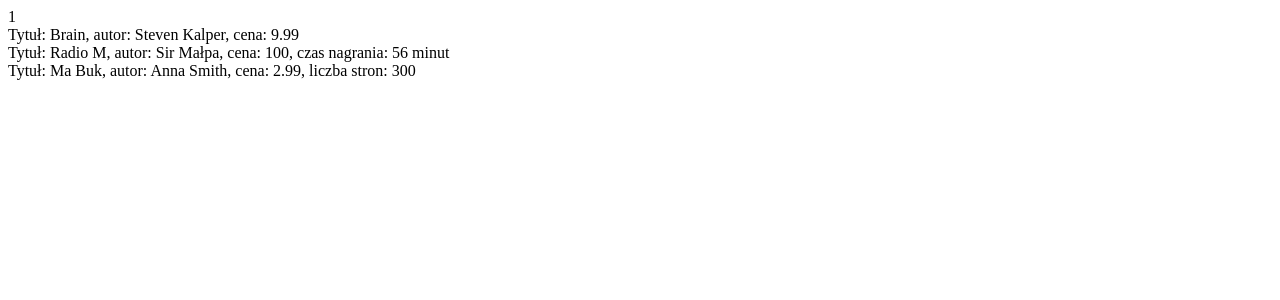
Repository: wojciechDrozd/php
Page: http://localhost/ShopProduct.php
The author's editor kept a copy of each file at every save. The page is drawn from the files as they stood at one save, then again after the next save.
The browser window is 1280 px wide. The pictures show the whole page.
The page is run by PHP 8.4 with error messages shown; the project is at /var/www/html/.

Above is the page before, as saved 2017-03-04 13:52:04.

After the next save:
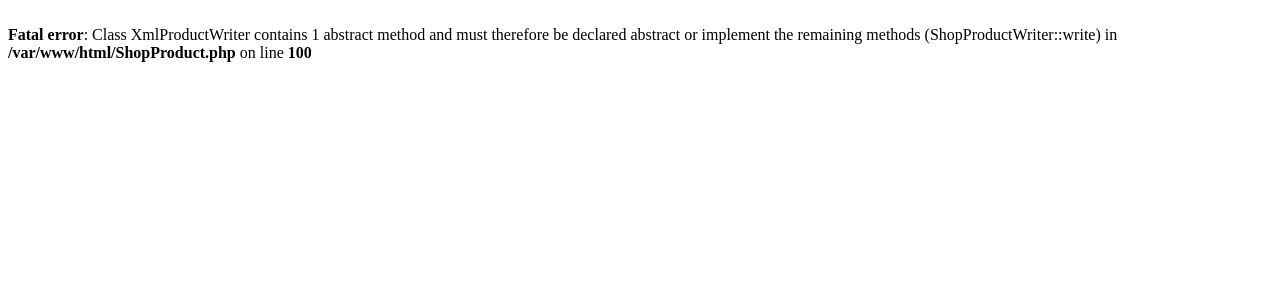
Saved 7 min 22 s later.
--- a/Shop/ShopProduct.php
+++ b/Shop/ShopProduct.php
@@ -53,9 +53,6 @@
 	}
 
 }
-
-
-
 class CdProduct extends ShopProduct{
 	private $playLength = 0;
 
@@ -72,7 +69,6 @@
 		return parent::getSummaryLine().", czas nagrania: {$this->getPlayLength()} minut";
 	}
 }
-
 class BookProduct extends ShopProduct{
 
 	private $numPages = 0;
@@ -90,6 +86,26 @@
 		return parent::getSummaryLine().", liczba stron: {$this->getNumberOfPages()}";
 	}
 }
+abstract class ShopProductWriter{
+
+	protected $products = array();
+
+	public function addProduct(ShopProduct $shopProduct){
+		$this->products[] = $shopProduct;
+	}
+
+	abstract public function write();
+}
+
+class XmlProductWriter extends ShopProductWriter{
+
+}
+
+
+
+
+
+//================================================================================================//
 
 print ShopProduct::AVAILABLE;
 print "<br>";

After the save that followed:
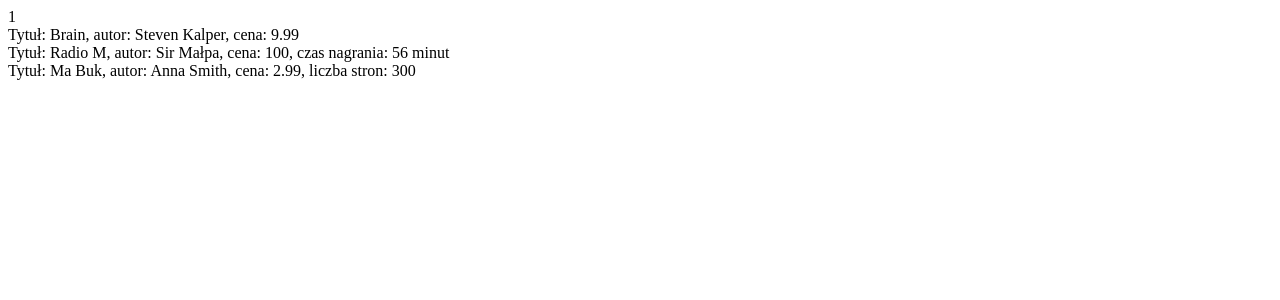
Saved 6 min 28 s later.
--- a/Shop/ShopProduct.php
+++ b/Shop/ShopProduct.php
@@ -99,6 +99,9 @@
 
 class XmlProductWriter extends ShopProductWriter{
 
+	public function write(){
+
+	}
 }
 
 
